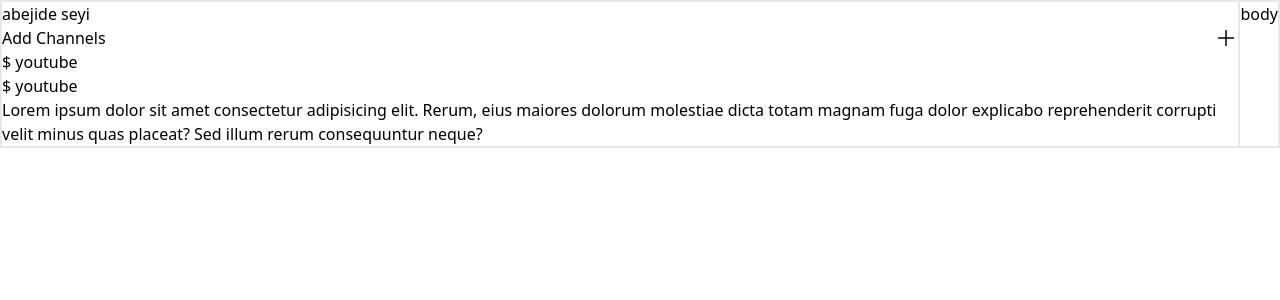
Repository: Semanmernstack/chat-mini
Page: /
An editor plug-in stored every save of this project. The page is shown before and after the next save, followed by the edit.
The browser window is 1280 px wide. The pictures show the whole page.
The project was rebuilt for these pictures with package versions that can differ from the ones it lists, and the page was loaded fresh each time. Also part of the build but not shown: src/features/counter/Counter.module.css, src/features/counter/Counter.js.

Above is the page before, as saved 2022-11-14 05:33:54.

### src/App.js
import React from 'react';
import logo from './logo.svg';
import { Counter } from './features/counter/Counter';
import Sidebar from './Sidebar';
import Body from './Body';


function App() {
  return (
    <div className="flex max-w-screen-xl mx-auto border-2">
      <Sidebar/>
      <Body/>
    </div>
  );
}

export default App;

### src/features/counter/counterSlice.js
import { createAsyncThunk, createSlice } from '@reduxjs/toolkit';
import { fetchCount } from './counterAPI';

const initialState = {
  value: 0,
  status: 'idle',
};

// The function below is called a thunk and allows us to perform async logic. It
// can be dispatched like a regular action: `dispatch(incrementAsync(10))`. This
// will call the thunk with the `dispatch` function as the first argument. Async
// code can then be executed and other actions can be dispatched. Thunks are
// typically used to make async requests.
export const incrementAsync = createAsyncThunk(
  'counter/fetchCount',
  async (amount) => {
    const response = await fetchCount(amount);
    // The value we return becomes the `fulfilled` action payload
    return response.data;
  }
);

export const counterSlice = createSlice({
  name: 'counter',
  initialState,
  // The `reducers` field lets us define reducers and generate associated actions
  reducers: {
    increment: (state) => {
      // Redux Toolkit allows us to write "mutating" logic in reducers. It
      // doesn't actually mutate the state because it uses the Immer library,
      // which detects changes to a "draft state" and produces a brand new
      // immutable state based off those changes
      state.value += 1;
    },
    decrement: (state) => {
      state.value -= 1;
    },
    // Use the PayloadAction type to declare the contents of `action.payload`
    incrementByAmount: (state, action) => {
      state.value += action.payload;
    },
  },
  // The `extraReducers` field lets the slice handle actions defined elsewhere,
  // including actions generated by createAsyncThunk or in other slices.
  extraReducers: (builder) => {
    builder
      .addCase(incrementAsync.pending, (state) => {
        state.status = 'loading';
      })
      .addCase(incrementAsync.fulfilled, (state, action) => {
        state.status = 'idle';
        state.value += action.payload;
      });
  },
});

export const { increment, decrement, incrementByAmount } = counterSlice.actions;

// The function below is called a selector and allows us to select a value from
// the state. Selectors can also be defined inline where they're used instead of
// in the slice file. For example: `useSelector((state: RootState) => state.counter.value)`
export const selectCount = (state) => state.counter.value;

// We can also write thunks by hand, which may contain both sync and async logic.
// Here's an example of conditionally dispatching actions based on current state.
export const incrementIfOdd = (amount) => (dispatch, getState) => {
  const currentValue = selectCount(getState());
  if (currentValue % 2 === 1) {
    dispatch(incrementByAmount(amount));
  }
};

export default counterSlice.reducer;

### src/Sidebar.js
import React from 'react'
import Sidebarlist from './app/Sidebarlist'

function Sidebar() {
  return (
    <div className="flex flex-col flex-0.4 border-r-2  ">
        <div>
            <h1>abejide seyi</h1>
        </div>
        <div  className="flex items-center justify-between">
           <h1>Add Channels</h1>
           <svg xmlns="http://www.w3.org/2000/svg" fill="none" viewBox="0 0 24 24" strokeWidth={1.5} stroke="currentColor" className="w-6 h-6">
                <path strokeLinecap="round" strokeLinejoin="round" d="M12 4.5v15m7.5-7.5h-15" />
            </svg>
        </div>
        <Sidebarlist/>
        <Sidebarlist/>
        <h1>Lorem ipsum dolor sit amet consectetur adipisicing elit. Rerum, eius maiores dolorum molestiae dicta totam magnam fuga dolor explicabo reprehenderit corrupti velit minus quas placeat? Sed illum rerum consequuntur neque?</h1>
    </div>
  )
}

export default Sidebar

### src/Body.js
import React from 'react'

function Body() {
  return (
    <div className="flex flex-0.6">
        <h1>body</h1>
    </div>
  )
}

export default Body

### src/app/Sidebarlist.js
import React from 'react'

function Sidebarlist() {
  return (
    <div className="flex items-center justify-between">
        <h2>
         $   <span>youtube</span>
        </h2>
    </div>
  )
}

export default Sidebarlist

Loaded but not shown: public/index.html (common file); src/index.js (common file); src/app/store.js (common file); src/reportWebVitals.js (common file); src/index.css (common file); src/features/counter/counterAPI.js (common file); tailwind.config.js (common file)

After the next save:
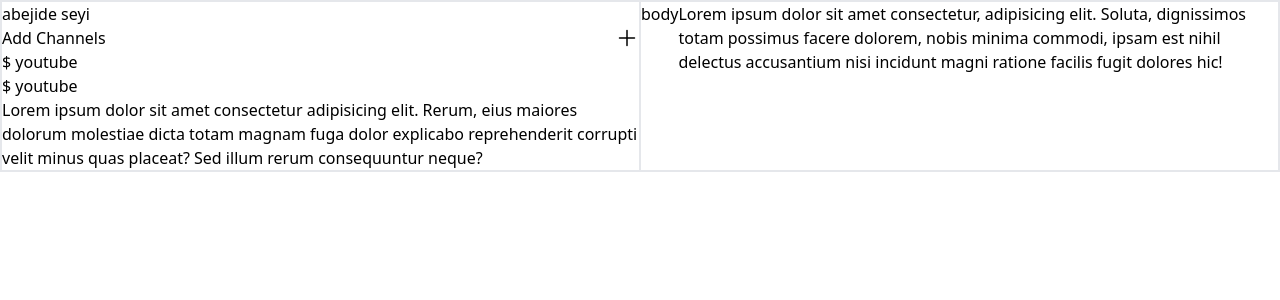
Saved 30 s later.
--- a/src/Body.js
+++ b/src/Body.js
@@ -4,6 +4,7 @@ function Body() {
   return (
     <div className="flex flex-0.6">
         <h1>body</h1>
+        <h1>Lorem ipsum dolor sit amet consectetur, adipisicing elit. Soluta, dignissimos totam possimus facere dolorem, nobis minima commodi, ipsam est nihil delectus accusantium nisi incidunt magni ratione facilis fugit dolores hic!</h1>
     </div>
   )
 }
